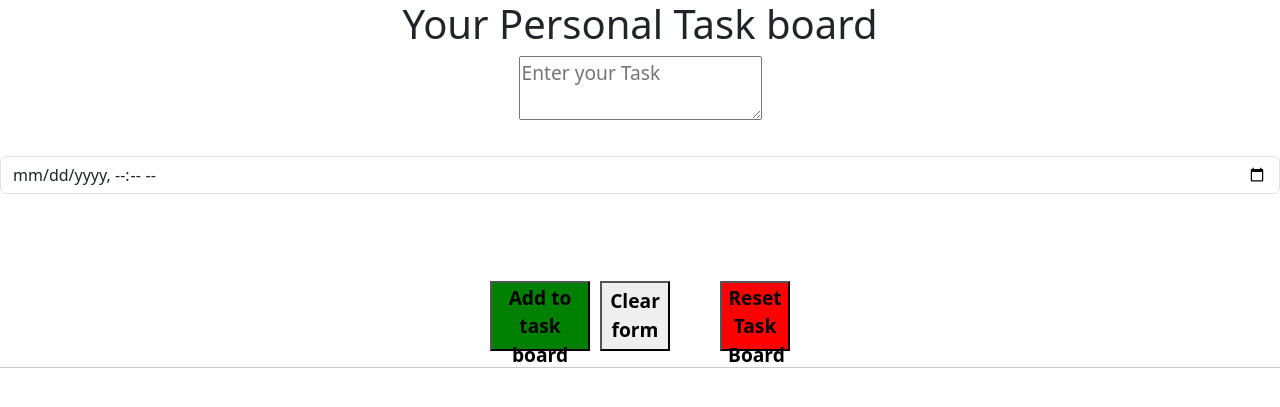
Repository: noamsabb/TaskBoard
Page: index.html
The author's editor kept a copy of each file at every save. The page is drawn from the files as they stood at one save, then again after the next save.
The browser window is 1280 px wide. The pictures show the whole page.

Above is the page before, as saved 2025-04-10 10:40:39.

After the next save:
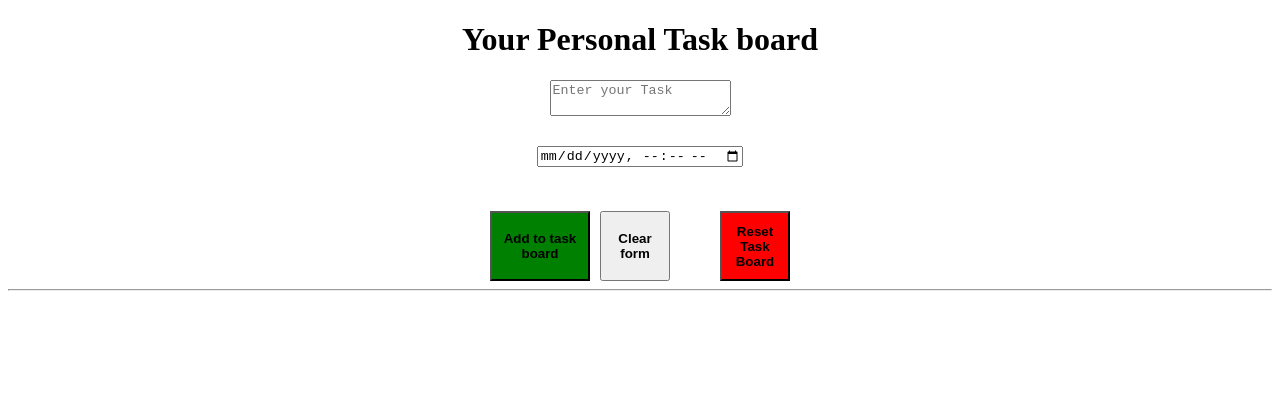
Saved 18 s later.
--- a/index.html
+++ b/index.html
@@ -6,15 +6,8 @@
     <title>Document</title>
 
     <script defer src="main.js"></script>
-
-    <link
-    href="https://cdn.jsdelivr.net/npm/bootstrap@5.3.3/dist/css/bootstrap.min.css"
-    rel="stylesheet"
-    integrity="sha384-QWTKZyjpPEjISv5WaRU9OFeRpok6YctnYmDr5pNlyT2bRjXh0JMhjY6hW+ALEwIH"
-    crossorigin="anonymous"
-  />
-  <link rel="stylesheet" href="style.css" />
-</head>
+    <link rel="stylesheet" href="style.css" />
+  </head>
 
   <body>
     <h1>Your Personal Task board</h1>
@@ -26,7 +19,12 @@
       ></textarea>
       <br /><br />
 
-      <input type="datetime-local" class="form-control" id="timeTextBox" required />
+      <input
+        type="datetime-local"
+        class="form-control"
+        id="timeTextBox"
+        required
+      />
       <br />
       <span id="timeMessageBox"></span>
       <br /><br />
@@ -43,9 +41,10 @@
       <div class="buttonContainer">
         <button id="addButton">Add to task board</button>
         <button type="reset" id="clearButton">Clear form</button>
-        <button onclick="resetTaskBoard()" id="resetButton"> Reset Task Board </button>
+        <button onclick="resetTaskBoard()" id="resetButton">
+          Reset Task Board
+        </button>
       </div>
-
     </form>
 
     <hr />
